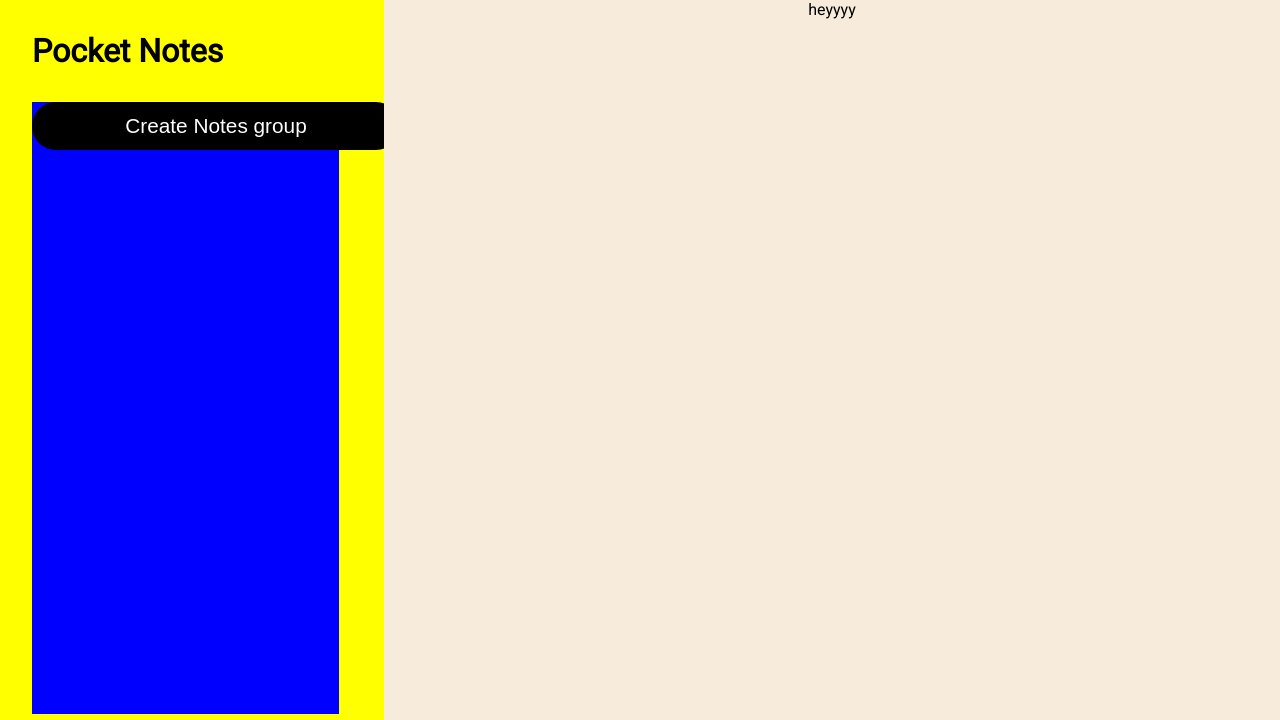
Repository: drumsmanku/react-module-test
Page: /
An editor plug-in stored every save of this project. The page is shown before and after the next save, followed by the edit.
The browser window is 1280 px wide. The pictures show the whole page.
The project was rebuilt for these pictures with package versions that can differ from the ones it lists, and the page was loaded fresh each time.

Above is the page before, as saved 2023-06-10 21:03:23.

### src/App.js
import './App.css';
import MainPage from './Components/MainPage';

function App() {
  return (
    <div className="App">
      <MainPage/>
    </div>
  );
}

export default App;

### src/Components/MainPage.js
import React, { useState, useEffect } from "react";
import "./MainPage.css";
import PopUp from "./PopUp";

function MainPage() {

  const colors=['#81acbc', '#567da2','#9c7ac8','#91b1c5','#ea9fd8','#35f030','#8c5064','#186e33','#c25650','#cc7ec7','#2521ef','#e9d499','#25f073','#dcf4b6','#17cb98','#cb6856','#49616e','#7fef88','#a362f6','#08e400','#9726a2','#5c0a51' ]
  const [myGroups, setMyGroups] = useState(() => {
    const storedValue = localStorage.getItem("group");
    return storedValue ? JSON.parse(storedValue) : [];
  });

  useEffect(() => {
    localStorage.setItem("group", JSON.stringify(myGroups));
  }, [myGroups]);

  return (
    <div className="main-container">
      <div className="first-compartment">
        <h1>Pocket Notes</h1>
        <div className="group-buttons">
          <PopUp myGroups={myGroups} setMyGroups={setMyGroups} />
          {myGroups.map((group, idx) => (
            <button className="cat-buttons" key={idx}>
              <div className="icon" style={{backgroundColor:colors[idx]}}></div> {group}
            </button>
          ))}
        </div>
      </div>
      <div className="second-compartment">heyyyy</div>
    </div>
  );
}

export default MainPage;

### src/Components/MainPage.css
@import url('https://fonts.googleapis.com/css2?family=Roboto&display=swap');
body{
  font-family: 'Roboto';
}

.main-container{
  height: 100vh;
  width: 100vw;
  display: flex;
}

.first-compartment{
  width: 30%;
  height: 100vh;
  background-color: yellow;
}

.first-compartment h1{
  margin: 0;
  text-align: left;
  padding: 2rem;
}
.group-buttons{
  height: 85%;
  max-height: 85%;

  width: 80%;
  background-color: blue;
  display: flex;
  flex-direction: column;
  align-items: flex-start;
  margin-left: 2rem;
}

.cat-buttons{
  width: 27rem;
  height: 5rem;
  background-color: white;
  color: black;
  margin: 1rem 1rem 1rem 0;
  font-size: 1.3rem;
  font-weight: medium;
  display: flex;
  align-items: center;
  border-top-left-radius: 1.5rem;
  border-bottom-left-radius: 1.5rem;
  background: none;
  border: none;
  transition: 0.1s ease-in;

}
.cat-buttons:hover{
  background-color: #F7ECDC;
}
.icon{
  height: 3.5rem;
  width: 3.5rem;
  border-radius: 50%;
  margin-right: 2rem;

}
.second-compartment{
  background-color: #F7ECDC;
  width: 70%;
  height: 100vh;
}

### src/Components/PopUp.js
import React, { useState } from "react";
import "./PopUp.css";
import Popup from "reactjs-popup";
import "reactjs-popup/dist/index.css";

function PopUp({ myGroups, setMyGroups }) {
  const [input, setInput] = useState("");

  const handleInputChange = (event) => {
    setInput(event.target.value);
  };

  const handleButtonClick = () => {
    setMyGroups([...myGroups, input]);
    setInput("");
  };

  return (
    <div>
      <Popup
        trigger={<button className="btn-1">Create Notes group</button>}
        modal
        nested
      >
        {(close) => (
          <div className="modal">
            <div className="content">Welcome to GFG!!!</div>
            <div>
              <button onClick={() => close()}>Close modal</button>
              <input type="text" onChange={handleInputChange} value={input} />
              <button onClick={handleButtonClick}>add</button>
            </div>
          </div>
        )}
      </Popup>
    </div>
  );
}

export default PopUp;

### src/Components/PopUp.css
@import url('https://fonts.googleapis.com/css2?family=Roboto&display=swap');

body{
  font-family: 'Roboto';
}

.btn-1{
  width: 23rem;
  height: 3rem;
  background-color: black;
  border: none;
  border-radius: 3rem;
  color: white;
  font-weight: 2rem;
  font-size: 1.3rem;
}

Loaded but not shown: public/index.html (common file); src/index.js (common file); src/index.css (common file); src/App.css (common file)

After the next save:
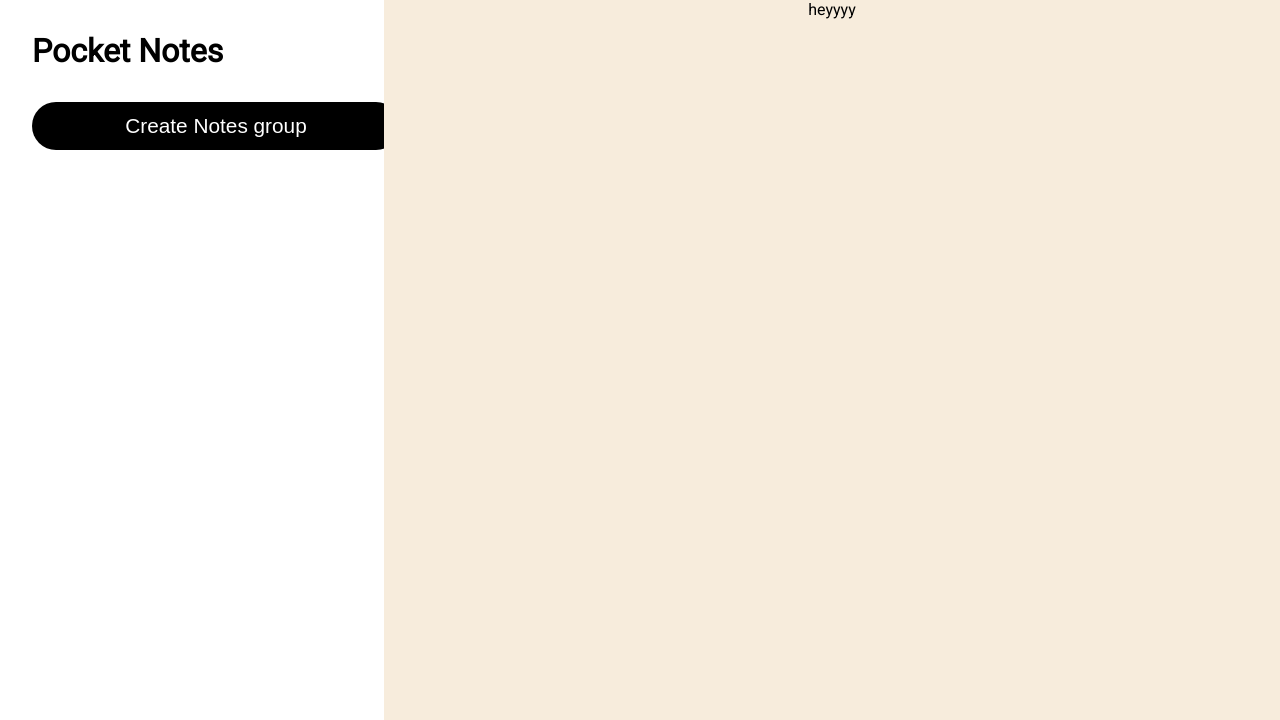
Saved 30 s later.
--- a/src/Components/MainPage.css
+++ b/src/Components/MainPage.css
@@ -12,7 +12,6 @@ body{
 .first-compartment{
   width: 30%;
   height: 100vh;
-  background-color: yellow;
 }
 
 .first-compartment h1{
@@ -23,9 +22,7 @@ body{
 .group-buttons{
   height: 85%;
   max-height: 85%;
-
   width: 80%;
-  background-color: blue;
   display: flex;
   flex-direction: column;
   align-items: flex-start;
